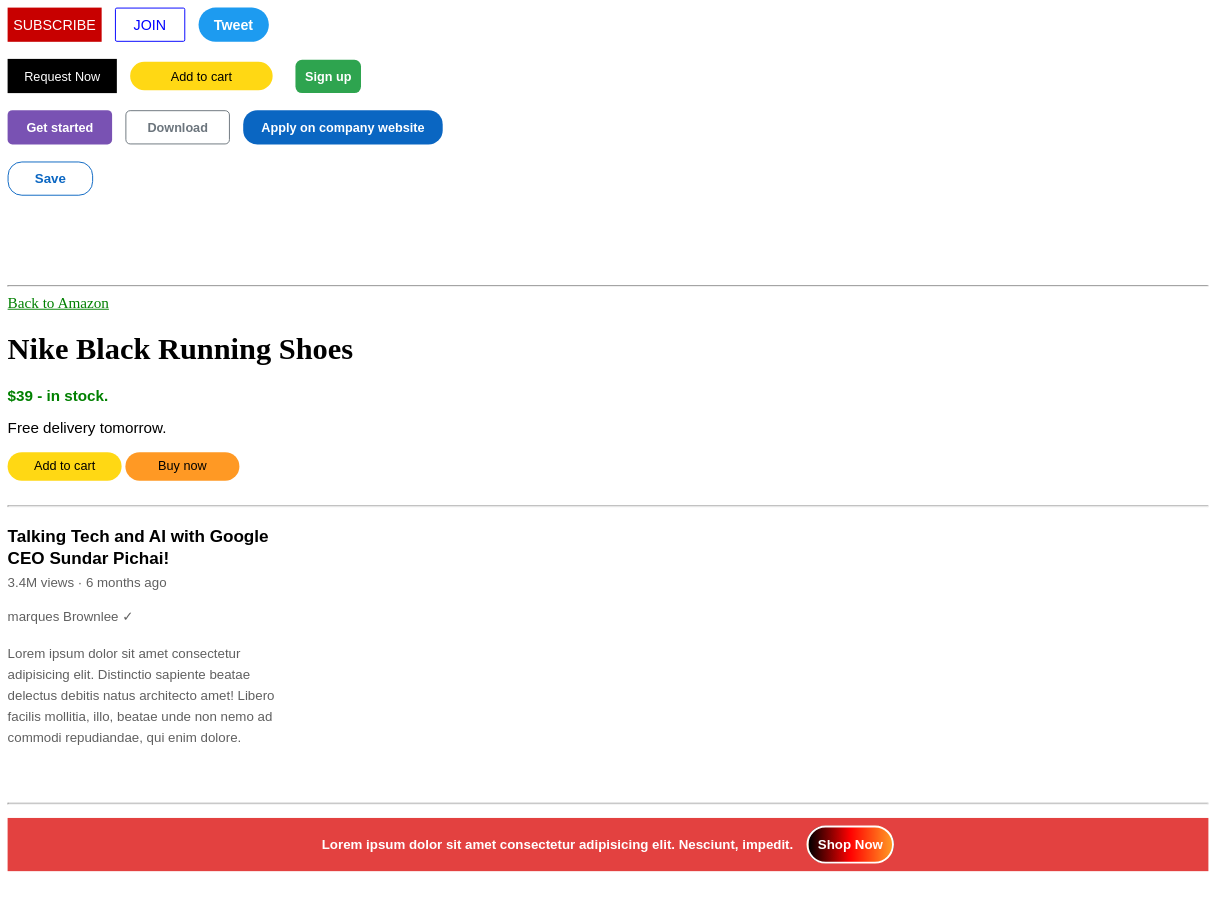
Repository: Yeyolive/WebDev_Collab_2025
Page: Basic_Projects/HTML-CSS course/into-to-html/index.html
The author's editor kept a copy of each file at every save. The page is drawn from the files as they stood at one save, then again after the next save.
The browser window is 1280 px wide. The pictures show the whole page, at 95% of full size.

Above is the page before, as saved 2025-11-23 22:49:08.

After the next save:
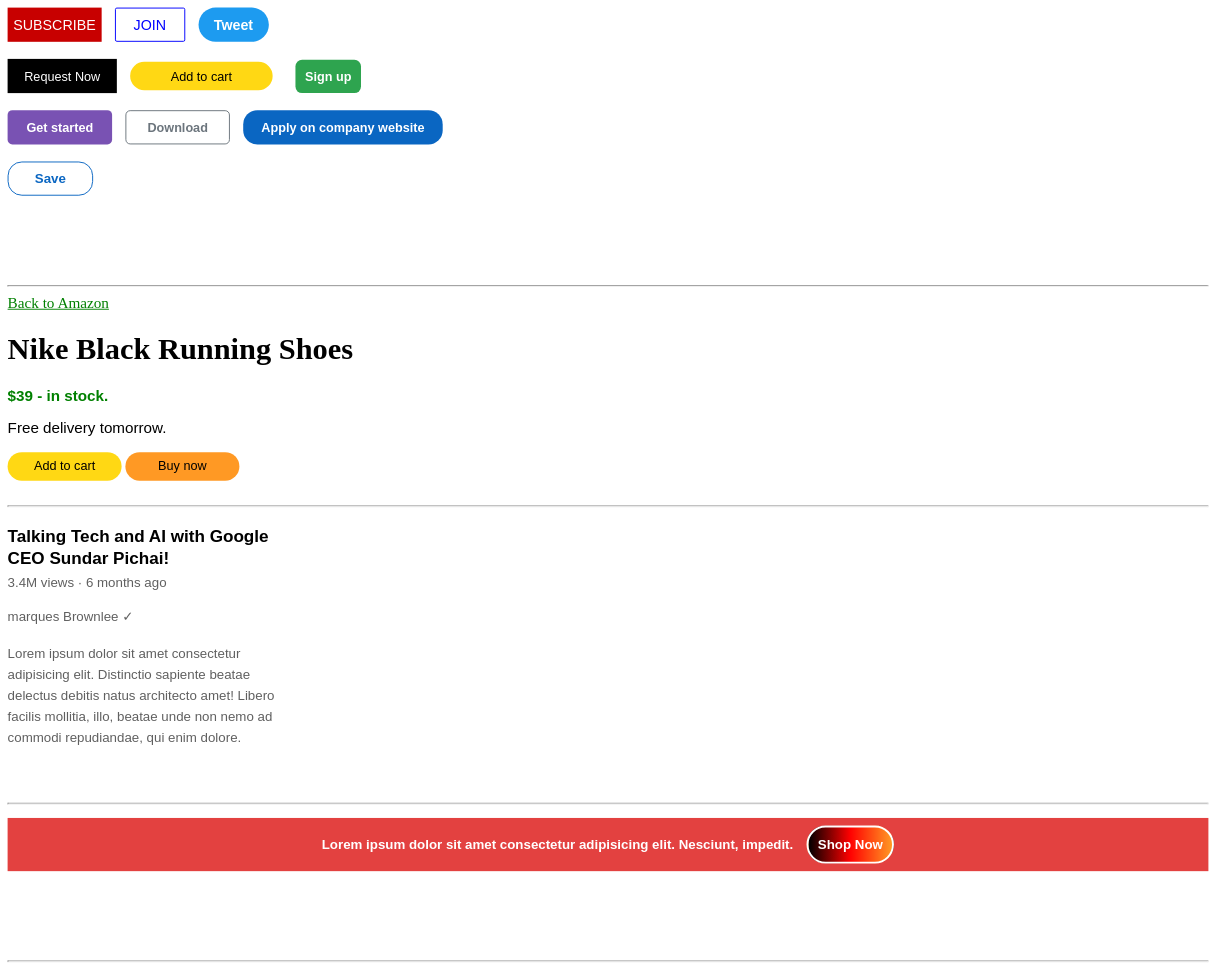
Saved 4 min 18 s later.
--- a/Basic_Projects/HTML-CSS course/into-to-html/index.html
+++ b/Basic_Projects/HTML-CSS course/into-to-html/index.html
@@ -61,5 +61,7 @@
       Lorem ipsum dolor sit amet consectetur adipisicing elit. Nesciunt,
       impedit. <span class="span-example">Shop Now</span>
     </p>
+    <br /><br />
+    <hr />
   </body>
 </html>
